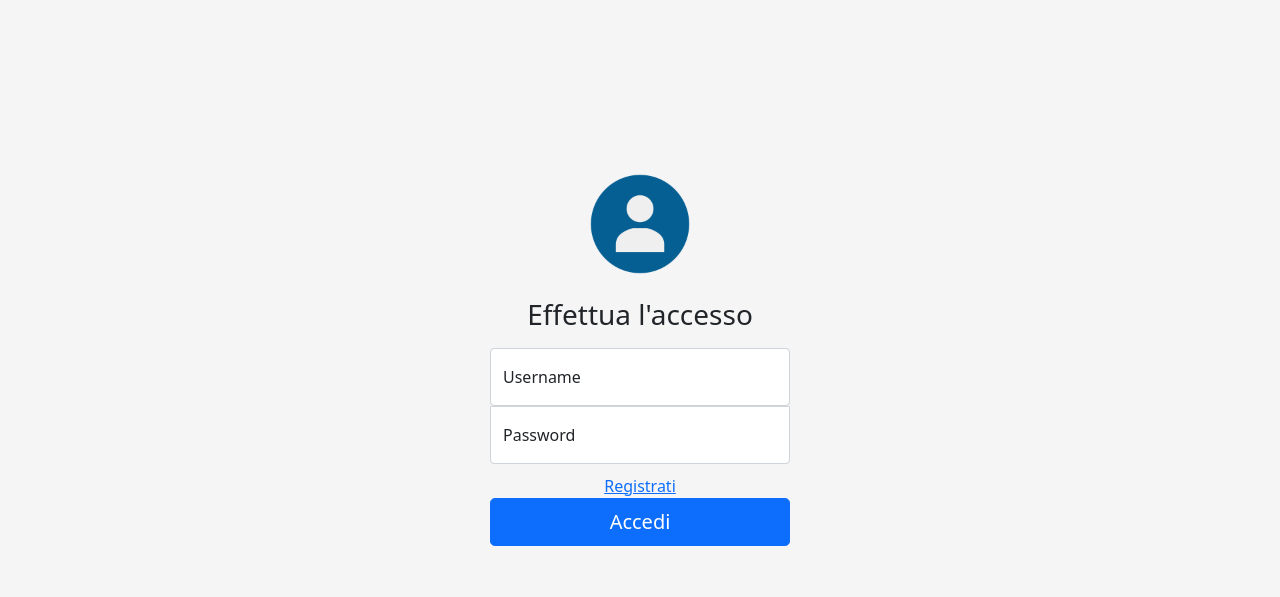
Repository: Simone1703/Sondaggi
Page: spring-boot-starter-jsp-main/src/main/resources/static/html/login.html
The author's editor kept a copy of each file at every save. The page is drawn from the files as they stood at one save, then again after the next save.
The browser window is 1280 px wide. The pictures show the whole page.

Above is the page before, as saved 2022-04-27 13:58:58.

### spring-boot-starter-jsp-main/src/main/resources/static/html/login.html
<!DOCTYPE HTML>

<html lang="it">

<head>
<meta charset="utf-8">
<meta name="viewport" content="width=device-width, initial-scale=1">
<title>Login</title>

<!-- Bootstrap core CSS -->
<link
	href="https://cdn.jsdelivr.net/npm/bootstrap@5.1.3/dist/css/bootstrap.min.css"
	rel="stylesheet"
	integrity="sha384-1BmE4kWBq78iYhFldvKuhfTAU6auU8tT94WrHftjDbrCEXSU1oBoqyl2QvZ6jIW3"
	crossorigin="anonymous">

<!-- Favicons -->
<style>
.bd-placeholder-img {
	font-size: 1.125rem;
	text-anchor: middle;
	-webkit-user-select: none;
	-moz-user-select: none;
	user-select: none;
}

@media ( min-width : 768px) {
	.bd-placeholder-img-lg {
		font-size: 3.5rem;
	}
}
</style>

<!-- Custom styles for this template -->
<link href="/css/signin.css" rel="stylesheet">
<meta name="theme-color" content="#7952b3">

</head>

<body class="text-center">

	<main class="form-signin">
		<form>
			<img class="mb-4" src="/images/login_icon.png" alt="" width="100">
			<h1 class="h3 mb-3 fw-normal">Effettua l'accesso</h1>

			<div class="form-floating">
				<input type="text" class="form-control" id="floatingInput"
					placeholder="Username"> <label for="floatingInput">Username</label>
			</div>
			<div class="form-floating">
				<input type="password" class="form-control" id="floatingPassword"
					placeholder="Password"> <label for="floatingPassword">Password</label>
			</div>
			<a href="/html/signup.html">Registrati</a>

			<br>
			<button class="w-100 btn btn-lg btn-primary" type="submit">Accedi</button>
		</form>
	</main>

</body>

</html>

Loaded but not shown: spring-boot-starter-jsp-main/src/main/resources/static/css/signin.css (common file)

After the next save:
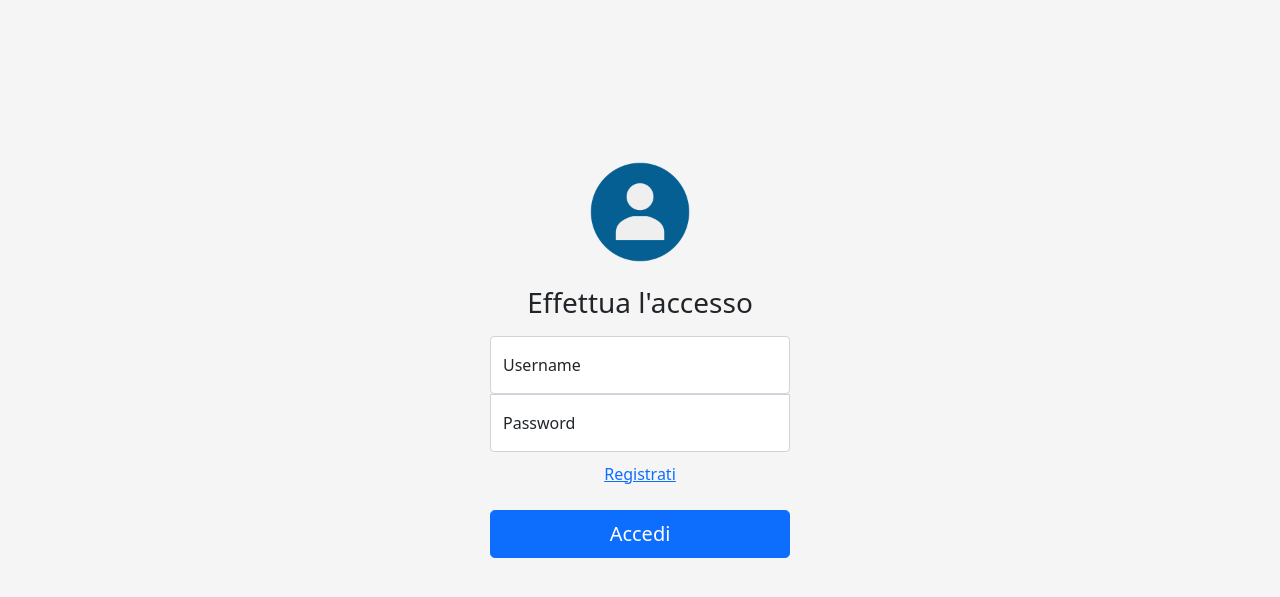
Saved 77 s later.
--- a/spring-boot-starter-jsp-main/src/main/resources/static/html/login.html
+++ b/spring-boot-starter-jsp-main/src/main/resources/static/html/login.html
@@ -54,7 +54,7 @@
 			</div>
 			<a href="/html/signup.html">Registrati</a>
 
-			<br>
+			<br><br>
 			<button class="w-100 btn btn-lg btn-primary" type="submit">Accedi</button>
 		</form>
 	</main>
